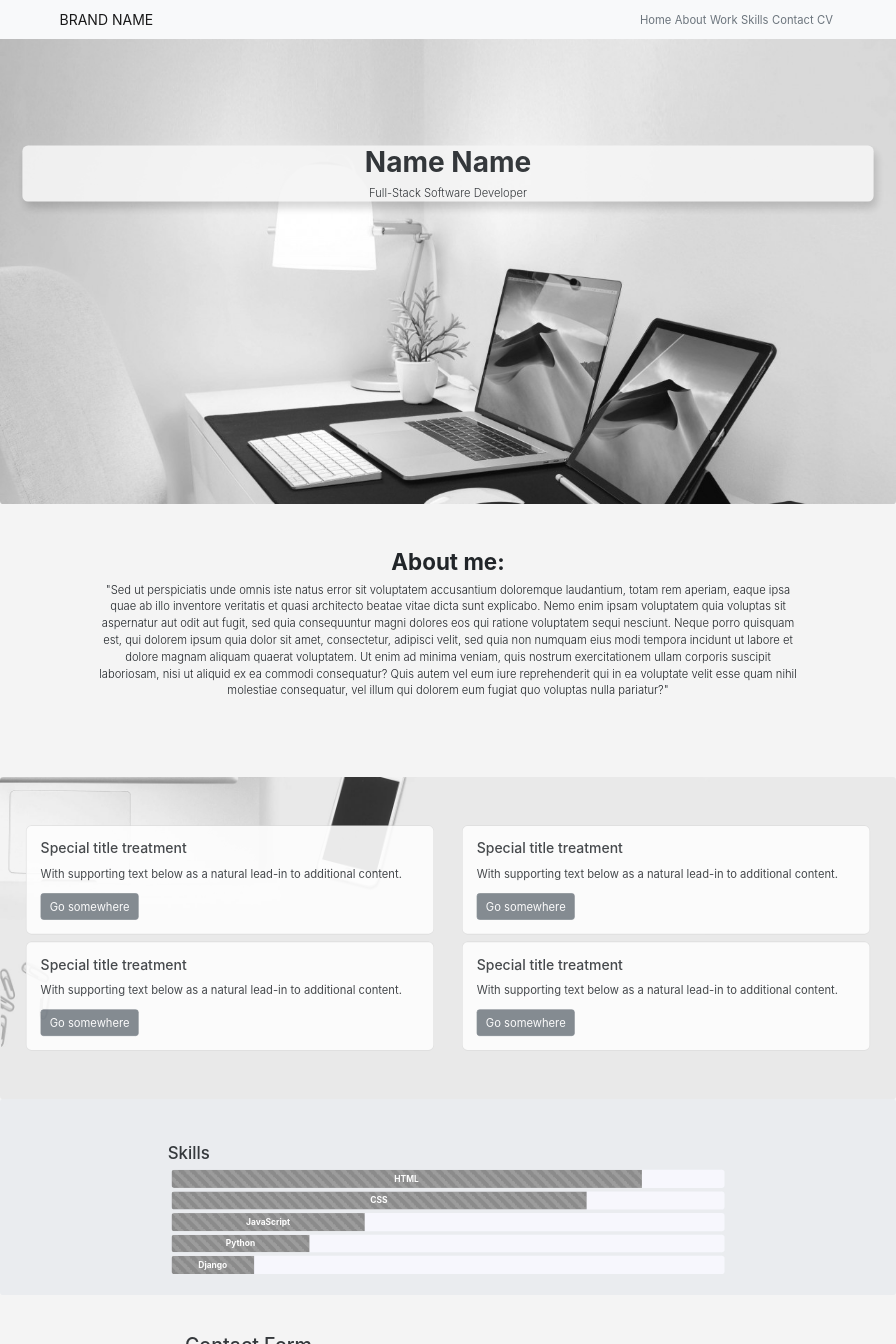
Repository: AlenKrga/milestone01
Page: index.html
The author's editor kept a record of every edit. The page is drawn from the files as they stood at one moment, then again after the next edit.
The browser window is 1280 px wide. The pictures show the part of the page from y = 0 to 1920 px (the page is 2617 px tall), at 70% of full size.
Backgrounds fixed to the window are drawn as part of the page. Some web libraries are served in a nearby version.

Above is the page before.

### index.html
<!doctype html>
<html lang="en-US">
  <head>
    <!-- Required meta tags -->
    <meta charset="utf-8">
    <meta name="viewport" content="width=device-width, initial-scale=1.0">
    <meta http-equiv="X-UA-Compatible" content="ie=edge">
    <!-- Bootstrap CSS -->
    <link rel="stylesheet" href="https://maxcdn.bootstrapcdn.com/bootstrap/4.0.0/css/bootstrap.min.css" integrity="sha384-Gn5384xqQ1aoWXA+058RXPxPg6fy4IWvTNh0E263XmFcJlSAwiGgFAW/dAiS6JXm" crossorigin="anonymous">
     <link href="assets/css/style.css" rel="stylesheet">
    <title>Hello, world!</title>
  </head>
  <body>
      <header>
       <!-- Navbar -->

    <nav class="navbar fixed-top navbar-expand-lg navbar-light bg-light navbar-default fixed-top">
        <div class="container">
            <a class="navbar-brand" href="index.html">BRAND NAME</a>
            <button class="navbar-toggler navbar-toggler-right" type="button" data-toggle="collapse" data-target="#navbarResponsive" aria-controls="navbarResponsive" aria-expanded="false" aria-label="Toggle navigation">
            <span class="navbar-toggler-icon"></span>
          </button>
            <div class="collapse navbar-collapse" id="navbarResponsive">
                <ul class="navbar-nav ml-auto">
                    <li class="nav-item">
                        <a class="text-secondary" href="index.html">Home</a>
                    </li>
                    <li class="nav-item">
                        <a class="text-secondary" href="#about-me">About</a>
                    </li>
                    <li class="nav-item">
                        <a class="text-secondary" href="#work">Work</a>
                    </li>
                    <li class="nav-item">
                        <a class="text-secondary" href="#skills">Skills</a>
                    </li>
                    <li class="nav-item">
                        <a class="text-secondary" href="#contact">Contact</a>
                    </li>
                    <li class="nav-item">
                        <a class="text-secondary" href="#">CV</a>
                    </li>
                </ul>
            </div>
        </div>
    </nav>

    <!--End Navbar-->
         </header>
   <!-- Page Content -->
   <!-- Introduction -->

    <div class="container-fluid jumbotron" id="background-position1">
        <br>
        <br>
        <br>
        <br>
        <br>
        <br>
        <div class="introduction">
        <h1 class="text-center font-weight-bold">Name Name</h1>
        <p class="text-center font-weight-light">Full-Stack Software Developer</p>
        </div>
      </div>


    <!-- ABOUT ME -->

    <div class="container-fluid jumbotron bg-transparent">
        <div class="row justify-content-center">
        <div class="col-sm-10">
        <div id="about-me">
        <h2 class="text-center font-weight-bold"> About me:</h2>
        <p class="text-center font-weight-light">"Sed ut perspiciatis unde omnis iste natus error sit voluptatem accusantium doloremque laudantium, totam rem aperiam, eaque ipsa quae ab illo inventore veritatis et quasi architecto beatae vitae dicta sunt explicabo. Nemo enim ipsam voluptatem quia voluptas sit aspernatur aut odit aut fugit, sed quia consequuntur magni dolores eos qui ratione voluptatem sequi nesciunt. Neque porro quisquam est, qui dolorem ipsum quia dolor sit amet, consectetur, adipisci velit, sed quia non numquam eius modi tempora incidunt ut labore et dolore magnam aliquam quaerat voluptatem. Ut enim ad minima veniam, quis nostrum exercitationem ullam corporis suscipit laboriosam, nisi ut aliquid ex ea commodi consequatur? Quis autem vel eum iure reprehenderit qui in ea voluptate velit esse quam nihil molestiae consequatur, vel illum qui dolorem eum fugiat quo voluptas nulla pariatur?"</p>
        </div>
        </div>
        </div>
    </div>


    <!-- Work -->

    <div id="work">
    <div class="container-fluid jumbotron mb-0" id="background-position2">



  <div class="row">
  <div class="col-sm-6">
    <div class="card">
      <div class="card-body">
        <h5 class="card-title">Special title treatment</h5>
        <p class="card-text">With supporting text below as a natural lead-in to additional content.</p>
        <a href="#" class="btn btn-secondary">Go somewhere</a>
      </div>
    </div>
  </div>
  <div class="col-sm-6">
    <div class="card">
      <div class="card-body">
        <h5 class="card-title">Special title treatment</h5>
        <p class="card-text">With supporting text below as a natural lead-in to additional content.</p>
        <a href="#" class="btn btn-secondary">Go somewhere</a>
      </div>
    </div>
  </div>
</div>
  <div class="row">
  <div class="col-sm-6">
    <div class="card">
      <div class="card-body">
        <h5 class="card-title">Special title treatment</h5>
        <p class="card-text">With supporting text below as a natural lead-in to additional content.</p>
        <a href="#" class="btn btn-secondary">Go somewhere</a>
      </div>
    </div>
  </div>
  <div class="col-sm-6">
    <div class="card">
      <div class="card-body">
        <h5 class="card-title">Special title treatment</h5>
        <p class="card-text">With supporting text below as a natural lead-in to additional content.</p>
        <a href="#" class="btn btn-secondary">Go somewhere</a>
      </div>
    </div>
  </div>
</div>
    </div>


    <!-- My Progress -->
<div id="skills">

<div class="container-fluid jumbotron">
    <div class="row justify-content-center">
  <div class="col-sm-8">
    <h4>
        Skills
    </h4>
<div class="progress">
  <div class="progress-bar progress-bar-striped progress-bar-animated" role="progressbar" style="width: 85%" aria-valuenow="10" aria-valuemin="0" aria-valuemax="100">HTML</div>
</div>
<div class="progress">
  <div class="progress-bar progress-bar-striped progress-bar-animated" role="progressbar" style="width: 75%" aria-valuenow="25" aria-valuemin="0" aria-valuemax="100">CSS</div>
</div>
<div class="progress">
  <div class="progress-bar progress-bar-striped progress-bar-animated" role="progressbar" style="width: 35%" aria-valuenow="50" aria-valuemin="0" aria-valuemax="100">JavaScript</div>
</div>
<div class="progress">
  <div class="progress-bar progress-bar-striped progress-bar-animated" role="progressbar" style="width: 25%" aria-valuenow="75" aria-valuemin="0" aria-valuemax="100">Python</div>
</div>
<div class="progress">
  <div class="progress-bar progress-bar-striped progress-bar-animated" role="progressbar" style="width: 15%" aria-valuenow="100" aria-valuemin="0" aria-valuemax="100">Django</div>
</div>
</div>
</div>
    </div>
        </div>

<!-- contact me -->
<div id="contact">


    <div class="container">
        <div class="row">
<div class="col-sm-6">
    <div class="form-area">
        <form role="form">
        <br style="clear:both">
                    <h3 style="margin-bottom: 25px; text-align: center;">Contact Form</h3>
    				<div class="form-group">
						<input type="text" class="form-control" id="name" name="name" placeholder="Name" required>
					</div>
					<div class="form-group">
						<input type="text" class="form-control" id="email" name="email" placeholder="Email" required>
					</div>
					<div class="form-group">
						<input type="text" class="form-control" id="mobile" name="mobile" placeholder="Mobile Number" required>
					</div>
					<div class="form-group">
						<input type="text" class="form-control" id="subject" name="subject" placeholder="Subject" required>
					</div>
                    <div class="form-group">
                    <textarea class="form-control" type="textarea" id="message" placeholder="Message" maxlength="140" rows="7"></textarea>
                        <br>
                     <button type="button" id="submit" name="submit" class="btn btn-secondary pull-right">Submit Form</button>
                    </div>


        </form>
    </div>

    </div>
</div>
    </div>

 <!-- footer -->
    <footer>
    <div class="container-fluid jumbotron mb-0">
    <div class="row justify-content-center">
  <div class="col-">
    <i class="fab fa-facebook fa-3x"></i>
      <i class="fab fa-linkedin fa-3x"></i>
      <i class="fas fa-file-download fa-3x"></i>
        </div>
    </div>
    </div>


</footer>


    <!-- Optional JavaScript -->
    <!-- jQuery first, then Popper.js, then Bootstrap JS -->
    <script src="https://code.jquery.com/jquery-3.2.1.slim.min.js" integrity="sha384-KJ3o2DKtIkvYIK3UENzmM7KCkRr/rE9/Qpg6aAZGJwFDMVNA/GpGFF93hXpG5KkN" crossorigin="anonymous"></script>
    <script src="https://cdnjs.cloudflare.com/ajax/libs/popper.js/1.12.9/umd/popper.min.js" integrity="sha384-ApNbgh9B+Y1QKtv3Rn7W3mgPxhU9K/ScQsAP7hUibX39j7fakFPskvXusvfa0b4Q" crossorigin="anonymous"></script>
    <script src="https://maxcdn.bootstrapcdn.com/bootstrap/4.0.0/js/bootstrap.min.js" integrity="sha384-JZR6Spejh4U02d8jOt6vLEHfe/JQGiRRSQQxSfFWpi1MquVdAyjUar5+76PVCmYl" crossorigin="anonymous"></script>
    <script src="https://kit.fontawesome.com/89bab4cfa2.js"></script>
  </body>
</html>

### assets/css/style.css
body {
    margin: 0;
    padding: 0;
    background-color: #f4f4f4;
}



/*links*/
a {
    padding-right: 5px;
}


.introduction {
    background-color: whitesmoke;
    border-radius: 8px;
    opacity: 0.90;
    box-shadow: 4px 9px 12px 0px rgba(0,0,0,0.18);

}

#background-position1 {
    background-image: url("../images/bg1.jpg");
    background-attachment: fixed;
    background-size: cover;
    background-position: center center;
    background-repeat: no-repeat;
    height: 100vh;
    margin-bottom: 0px;
    z-index: 1;
}

#background-position2 {
    background-image: url("../images/bg3.jpg");
     background-attachment: fixed;
    background-size: cover;
    background-position: center center;
    background-repeat: no-repeat;



}





#work {
    background-color: whitesmoke;
    border-radius: 8px;
    opacity: 0.90;




}


/*progres*/


.progress {
    margin: 5px;
    background-color: ghostwhite;
    height: 17%;
    font-weight: bold;
}

.progress-bar {
    background-color: gray;

}

.card {
    opacity: 0.90;
    border-radius: 8px;
    margin: 5px;
}

After the next edit:
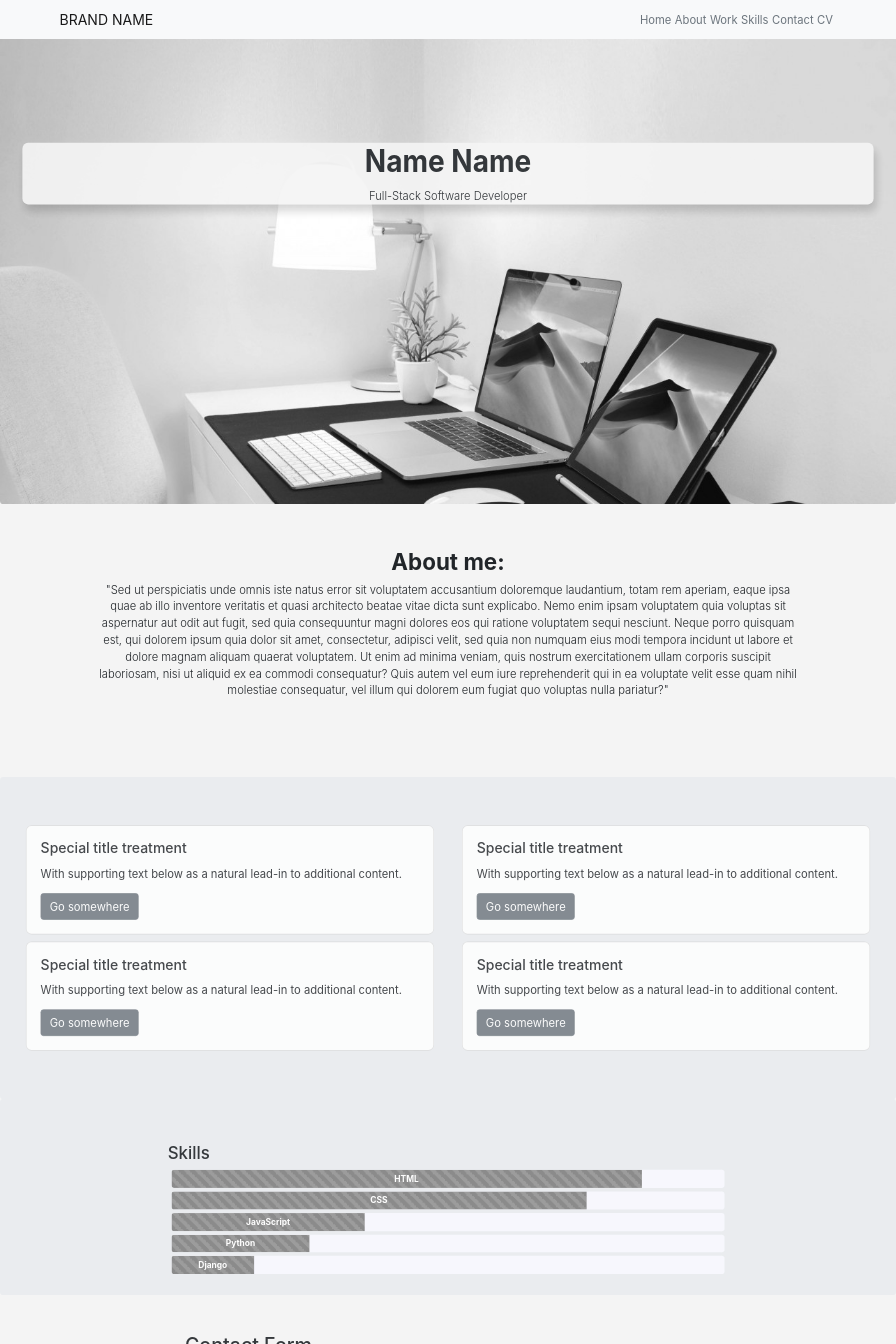
Not found: assets/css/bg3.jpg
The edit:
--- a/assets/css/style.css
+++ b/assets/css/style.css
@@ -1,3 +1,5 @@
+@import url('https://fonts.googleapis.com/css?family=Roboto:500&display=swap');
+
 body {
     margin: 0;
     padding: 0;
@@ -17,6 +19,9 @@
     border-radius: 8px;
     opacity: 0.90;
     box-shadow: 4px 9px 12px 0px rgba(0,0,0,0.18);
+    transform: scale(1, 1.1);
+
+
 
 }
 
@@ -32,7 +37,7 @@
 }
 
 #background-position2 {
-    background-image: url("../images/bg3.jpg");
+    background-image: url("bg3.jpg");
      background-attachment: fixed;
     background-size: cover;
     background-position: center center;

After the edit that followed:
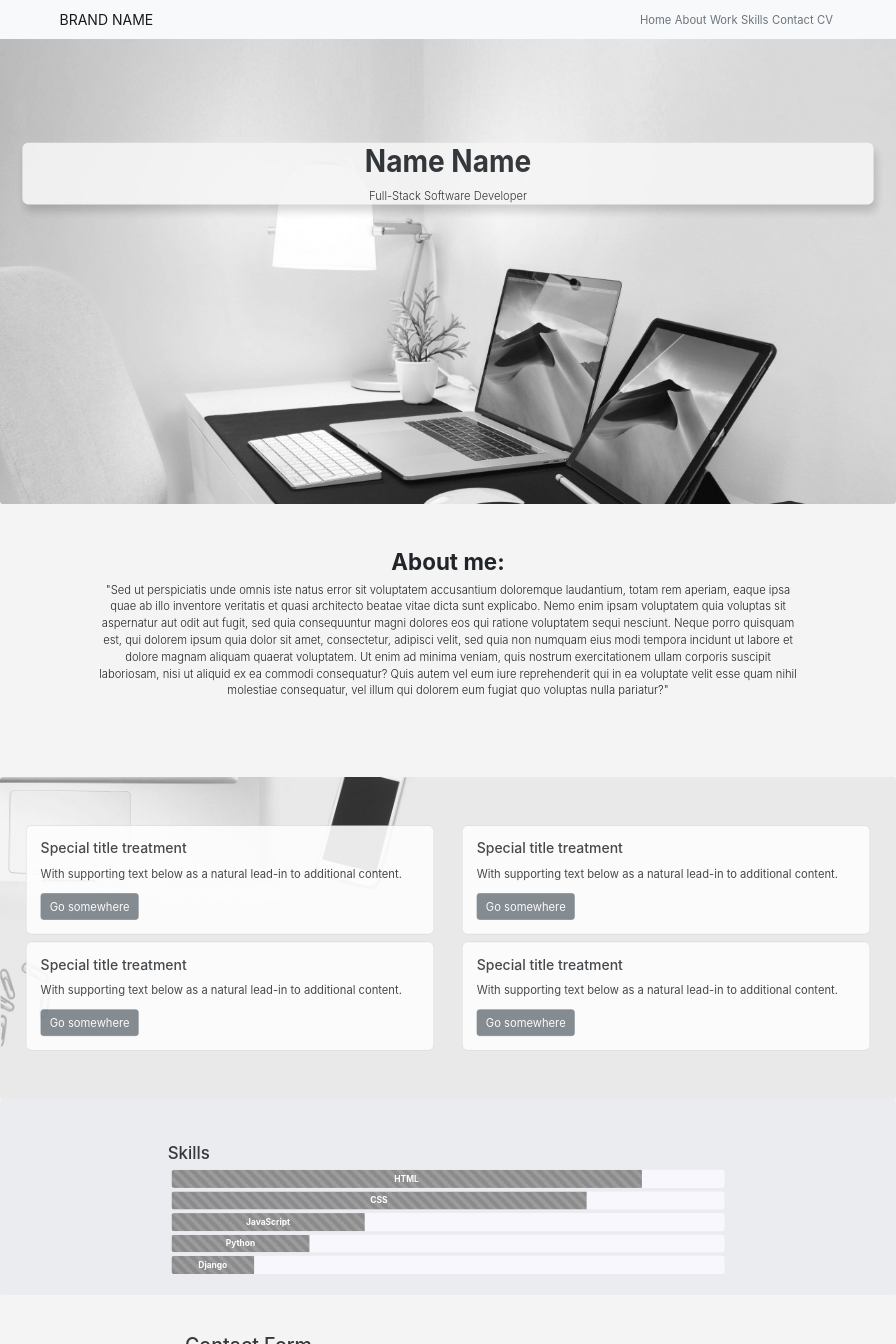
The edit:
--- a/assets/css/style.css
+++ b/assets/css/style.css
@@ -37,7 +37,7 @@
 }
 
 #background-position2 {
-    background-image: url("bg3.jpg");
+    background-image: url("../images/bg3.jpg");
      background-attachment: fixed;
     background-size: cover;
     background-position: center center;
